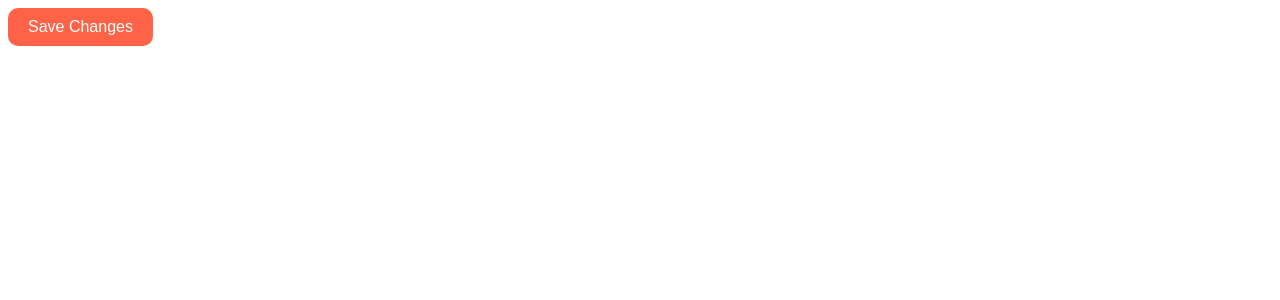
Repository: Leeminsu67/react-principle-study
Page: props_types.html
The author's editor kept a copy of each file at every save. The page is drawn from the files as they stood at one save, then again after the next save.
The browser window is 1280 px wide. The pictures show the whole page.

Above is the page before, as saved 2024-08-01 23:31:22.

### props_types.html
<!DOCTYPE html>
<html lang="ko">
  <body>
    <div id="root"></div>
  </body>
  <script src="https://unpkg.com/react@17.0.2/umd/react.production.min.js"></script>
  <script src="https://unpkg.com/react-dom@17.0.2/umd/react-dom.production.min.js"></script>
  <script src="https://unpkg.com/@babel/standalone/babel.min.js"></script>
  <script type="text/babel">
    function Btn({ text }) {
      return (
        <button
          style={{
            backgroundColor: "tomato",
            color: "white",
            padding: "10px 20px",
            border: 0,
            borderRadius: 10,
            fontSize: 16,
          }}
        >
          {text}
        </button>
      );
    }
    // App 컴포넌트
    const App = () => {
      return (
        <div>
          <Btn text="Save Changes" />
        </div>
      );
    };

    const root = document.getElementById("root");
    ReactDOM.render(<App />, root);
  </script>
</html>

After the next save:
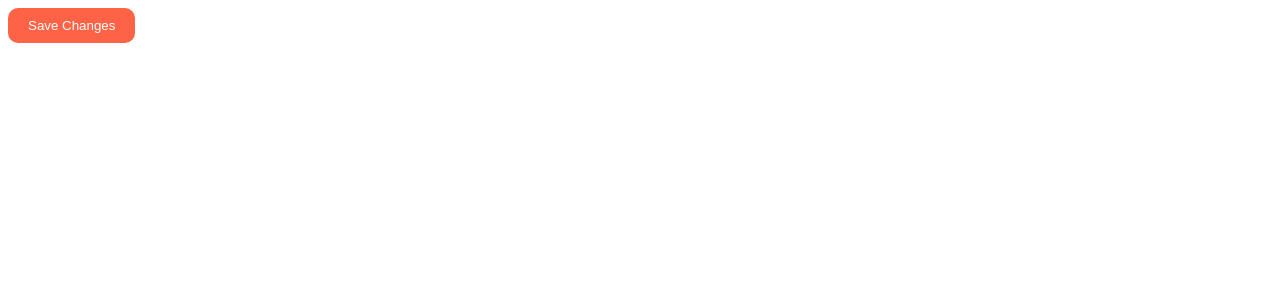
Saved 22 s later.
--- a/props_types.html
+++ b/props_types.html
@@ -7,7 +7,7 @@
   <script src="https://unpkg.com/react-dom@17.0.2/umd/react-dom.production.min.js"></script>
   <script src="https://unpkg.com/@babel/standalone/babel.min.js"></script>
   <script type="text/babel">
-    function Btn({ text }) {
+    function Btn({ text, fontSize }) {
       return (
         <button
           style={{
@@ -16,7 +16,7 @@
             padding: "10px 20px",
             border: 0,
             borderRadius: 10,
-            fontSize: 16,
+            fontSize: { fontSize },
           }}
         >
           {text}
@@ -27,7 +27,7 @@
     const App = () => {
       return (
         <div>
-          <Btn text="Save Changes" />
+          <Btn text="Save Changes" fontSize={18} />
         </div>
       );
     };
